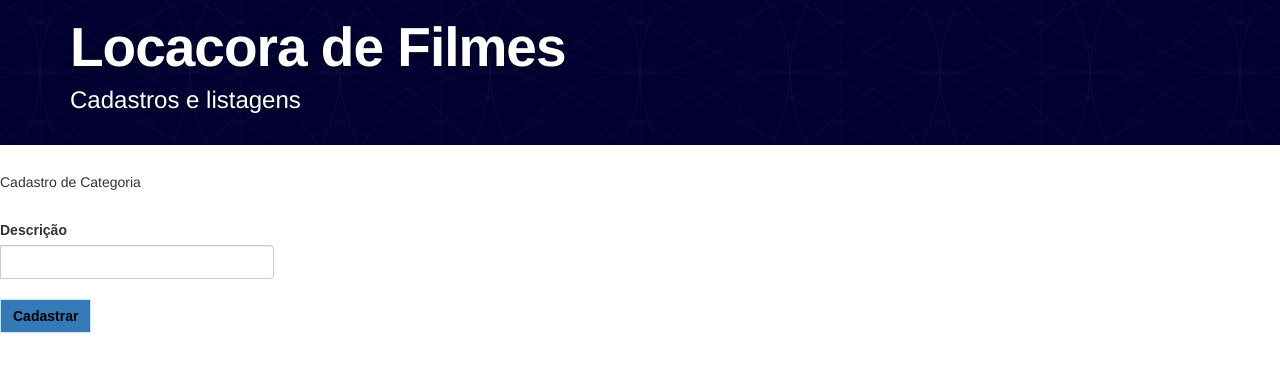
Repository: cadupedrassani/CursoDeJava
Page: Avaliação/BaseAPI/WebApp/src/main/webapp/categoria/cadastro.html
The author's editor kept a copy of each file at every save. The page is drawn from the files as they stood at one save, then again after the next save.
The browser window is 1280 px wide. The pictures show the whole page.

Above is the page before, as saved 2016-12-09 14:20:07.

After the next save:
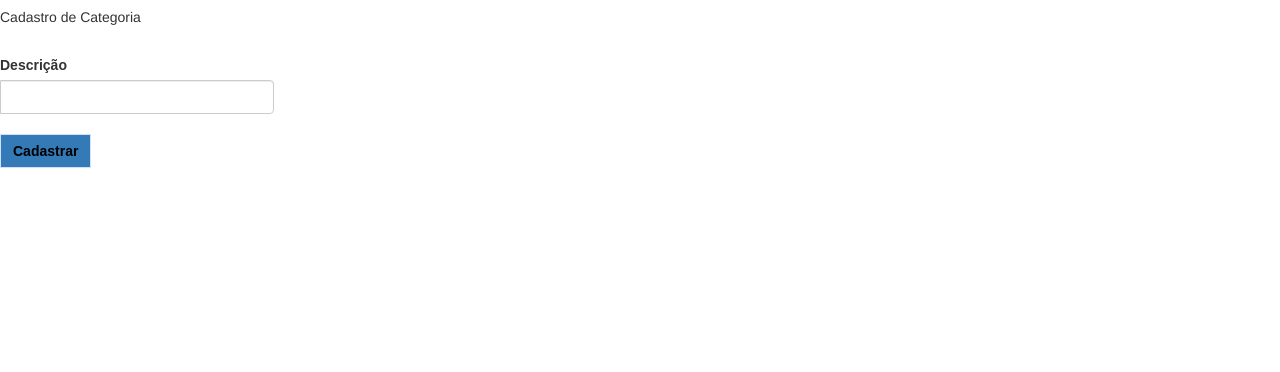
Saved 76 min 49 s later.
--- a/Avaliação/BaseAPI/WebApp/src/main/webapp/categoria/cadastro.html
+++ b/Avaliação/BaseAPI/WebApp/src/main/webapp/categoria/cadastro.html
@@ -7,13 +7,6 @@
 <link rel="stylesheet" href="/WebApp/resources/css/default.css">
 </head>
 <body>
-
-<header class="jumbotron subhead">
-	<div class="container">
-		<h1>Locacora de Filmes</h1>
-		<p>Cadastros e listagens</p>
-	</div>
-</header>
 
 <div>
 	<h5>Cadastro de Categoria</h5>
